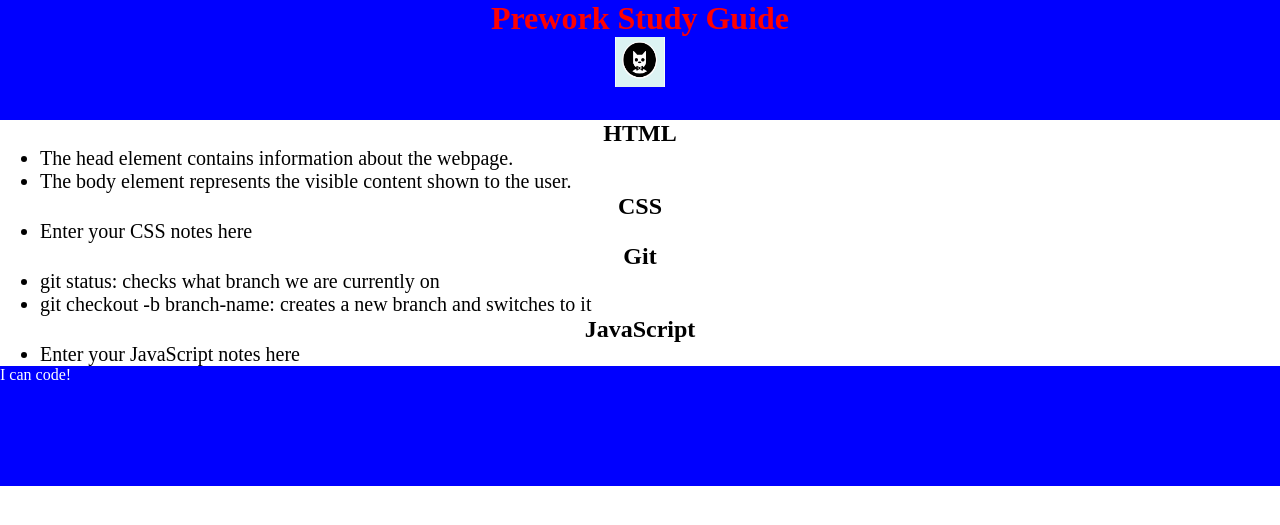
Repository: OKJay50/prework-study-guide
Page: index.html
The author's editor kept a copy of each file at every save. The page is drawn from the files as they stood at one save, then again after the next save.
The browser window is 1280 px wide. The pictures show the whole page.

Above is the page before, as saved 2023-04-27 22:22:10.

### index.html
<!DOCTYPE html>
<html lang="en">
    <head>
        <meta charset="UTF-8" />
        <meta http-equiv="X-UA-Compatible" content="IE=edge" />
        <meta name="viewport" content="width=device-width, initial-scale=1.0" />
        <title>Prework Study Guide</title>
        <link rel="stylesheet" href="./assets/style.css" />
        <style>
            h1 {
              color: red;
            }
          </style>
    </head>
    <body>
        <header id="top">
            <h1>Prework Study Guide</h1>
            <img
                src="./assets/bowtie-cat.png"
                alt="Profile image of cat wearing a bow tie."
                />
        </header>
        <main>
            <section class="card" id="html-section">
                <h2>HTML</h2>
                <ul>
                    <li>The head element contains information about the webpage.</li>
                    <li>The body element represents the visible content shown to the user.</li>
                </ul>

            </section>

            <section class="card" id="css-section">
                <h2>CSS</h2>
                <ul>
                  <li>Enter your CSS notes here</li>
                </ul>
            </section>

            <section class="card" id="git-section">
                <h2>Git</h2>
                <ul>
                    <li>git status: checks what branch we are currently on</li>
                    <li>git checkout -b branch-name: creates a new branch and switches to it</li>
                  </ul>

            </section>

            <section class="card" id="javascript-section">
                <h2>JavaScript</h2>
                <ul>
                  <li>Enter your JavaScript notes here</li>
                </ul>

            </section>
        </main>

        <footer>
            <p>I can code!</p>
        </footer>
    </body>
</html>

### assets/style.css
 *{
    margin: 0;
    padding: 0;
}
header,
footer {
    width: 100%;
    height: 120px;
    background-color: blue;
    color: white;
}
h1,
h2 {
    text-align: center;
}
img {
    display: block;
    height: 50px;
    width: 50px;
    margin-left: auto;
    margin-right: auto;
}
ul {
    padding-left: 40px;
    font-size: 20px;
}

After the next save:
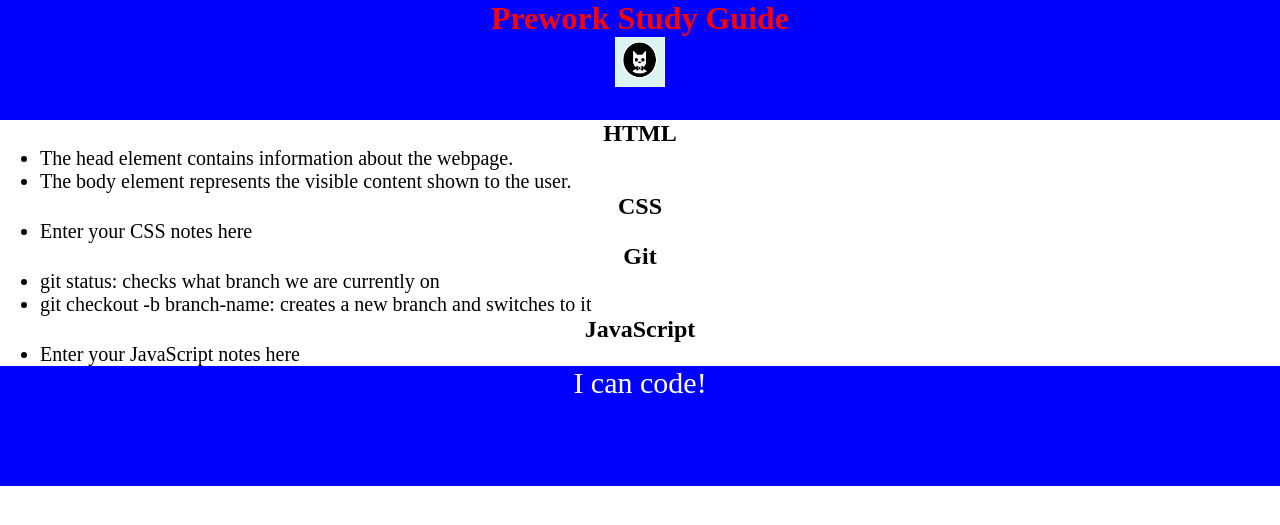
Saved 11 s later.
--- a/assets/style.css
+++ b/assets/style.css
@@ -24,3 +24,7 @@
     padding-left: 40px;
     font-size: 20px;
 }
+p {
+    text-align: center;
+    font-size: 30px;
+  }
